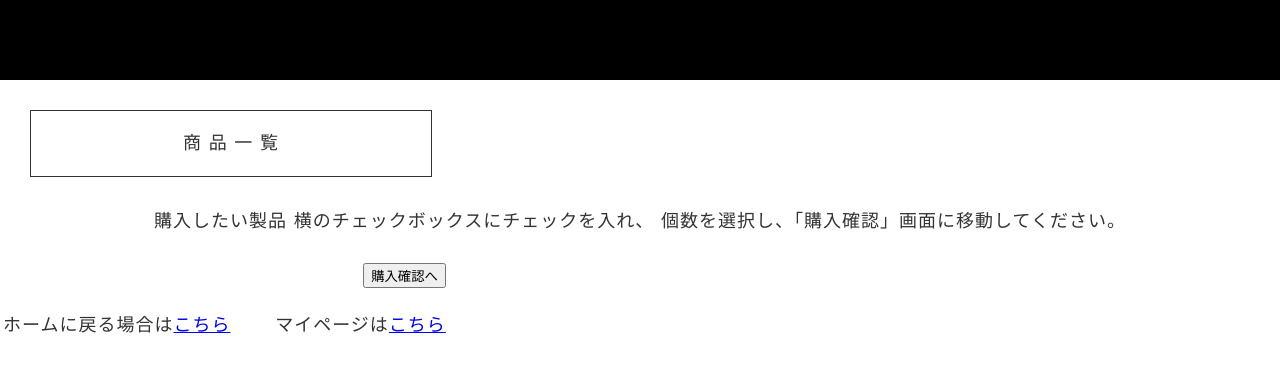
Repository: pokopen-6/test
Page: http://localhost/wood/buyItem.jsp
These files come from the project's save history. The page is drawn as it stood at one moment and after the next save; the edit follows.
The browser window is 1280 px wide. The pictures show the whole page.
The page is served by Tomcat 9. Other server files are loaded and not shown.

Above is the page before, as saved 2018-04-25 07:32:28.

### wood/WebContent/buyItem.jsp
<%@ page language="java" contentType="text/html; charset=UTF-8"
    pageEncoding="UTF-8"%>
<%@ taglib prefix="s" uri="/struts-tags" %>
<!DOCTYPE html>
<html>
<head>
<meta http-equiv="Content-Type" content="text/html; charset=UTF-8"/>
<meta http-equiv="Content-Style-Type" content="text/css" />
<meta http-equiv="Content-Script-Type" content="text/javascript" />
<meta http-equiv="imagetoolbar" content="no"/>
<meta name="description" content=""/>
<meta name="keywords" content=""/>
<title>商品一覧</title>
<style type="text/css">
	body {
		margin:0;
		padding:0;
		line-height:1.6;
		letter-spacing:1px;
		font-family:Verdana,Helvetica,sans-serif;
		font-size:18px;
		color:#333;
		background:#fff;
		}
	main {
		width:100%;
		}
	table {
		text-aign:center;
		margin:0 auto;
		float:left;

			}

		#pp {
			text-align:center;
			}
	#top {
		width:400px;
		margin:30px;
		border:1px solid #333;
		text-align:center;
		}
	#header {
		width:100%;
		height:80px;
		background-color:black;
		text-align:center;
		}
	#x {
		float:left;
		clear:both;
		margin-left:15px;
			}
	#image {

		}

</style>
</head>
<body>
	<div id="header">
		<div id="pr">
		</div>
	</div>
	<div id="main">
		<div id="top">
			<p> 商  品  一  覧 </p>
		</div>
		<div id="pp">
		<p>購入したい製品 横のチェックボックスにチェックを入れ、
			個数を選択し、「購入確認」画面に移動してください。</p></div>
		<div class="itemList">
		<s:form action="BuyItemAction">
		<table>
			<s:iterator value="productList">
			<tr>
				<td><div id="image">
				<img class="image" src="<s:property value='image_file_path'/>"  alt="Photo" width="500" height="350">
				</div></td>
				<th><div id="x"><input type="checkbox" value="1">製品名：<s:property value="product_name"/><br></div></th>
				<td><div id="x"><s:property value="product_description"/><br></div>
				<div id="x">個数：<select name="product_count">
					<option value="1" selected="selected">1</option>
					<option value="2">2</option>
					<option value="3">3</option>
					<option value="4">4</option>
					<option value="5">5</option>
				</select><br></div>
				<div id="x">製品価格（税込）￥ <s:property value="price" /> /個<br></div></td>

			</s:iterator>



			<tr>
				<td>
				<s:submit value="購入確認へ" />
				</td>
			</tr>
			<tr>
				<td>
					<p>ホームに戻る場合は<a href='<s:url action="GoHomeAction"/>'>こちら</a>
					　　マイページは<a href='<s:url action="MyPageAction"/>'>こちら</a></p>
				</td>
				</table>
			</s:form></div></div>








</body>
</html>

After the next save:
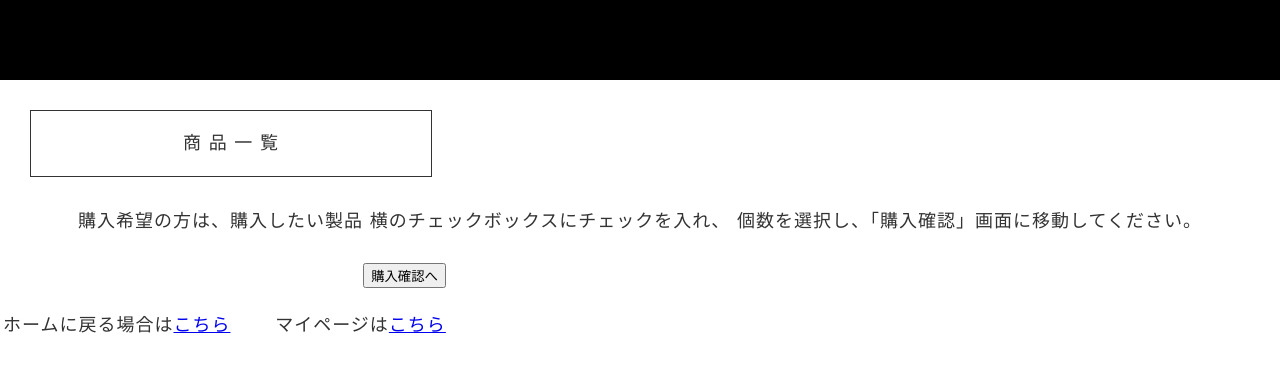
Saved 10 min 21 s later.
--- a/wood/WebContent/buyItem.jsp
+++ b/wood/WebContent/buyItem.jsp
@@ -68,7 +68,7 @@
 			<p> 商  品  一  覧 </p>
 		</div>
 		<div id="pp">
-		<p>購入したい製品 横のチェックボックスにチェックを入れ、
+		<p>購入希望の方は、購入したい製品 横のチェックボックスにチェックを入れ、
 			個数を選択し、「購入確認」画面に移動してください。</p></div>
 		<div class="itemList">
 		<s:form action="BuyItemAction">
